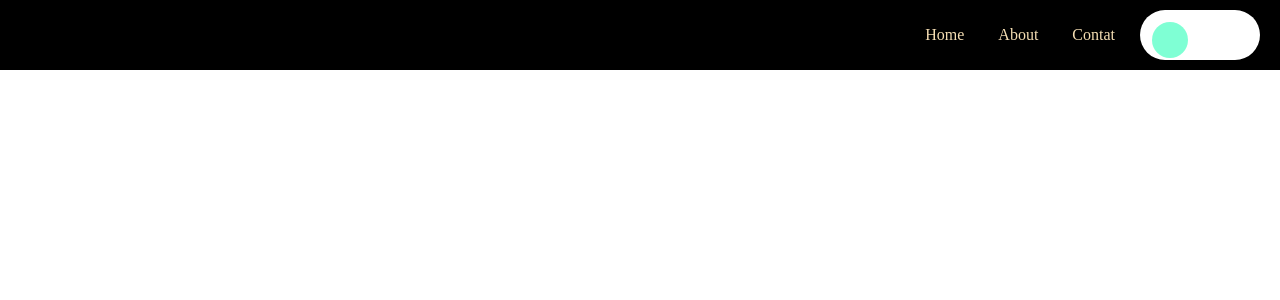
Repository: imokha01/toggleNavBar
Page: index.html
An editor plug-in stored every save of this project. The page is shown before and after the next save, followed by the edit.
The browser window is 1280 px wide. The pictures show the whole page.

Above is the page before, as saved 2023-12-26 22:36:26.

After the next save:
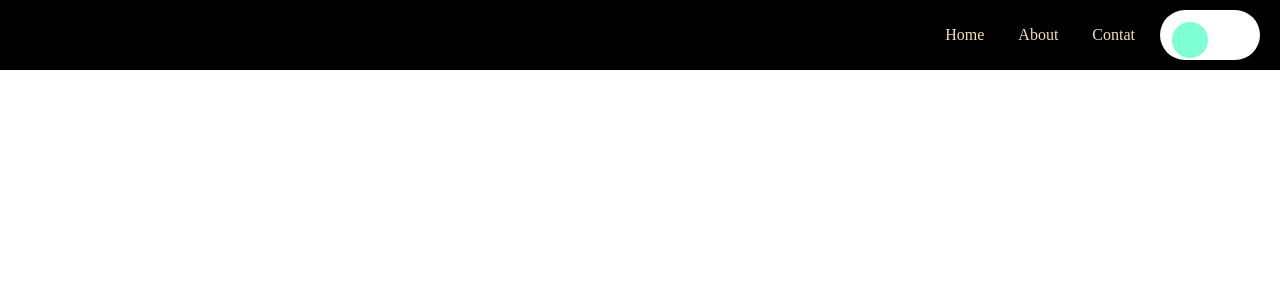
Saved 4 s later.
--- a/style.css
+++ b/style.css
@@ -32,7 +32,7 @@
 }
 
 .checkbox {
-    width: 120px;
+    width: 100px;
     height:50px;
     border-radius: 60px;
     background-color: #fff;
